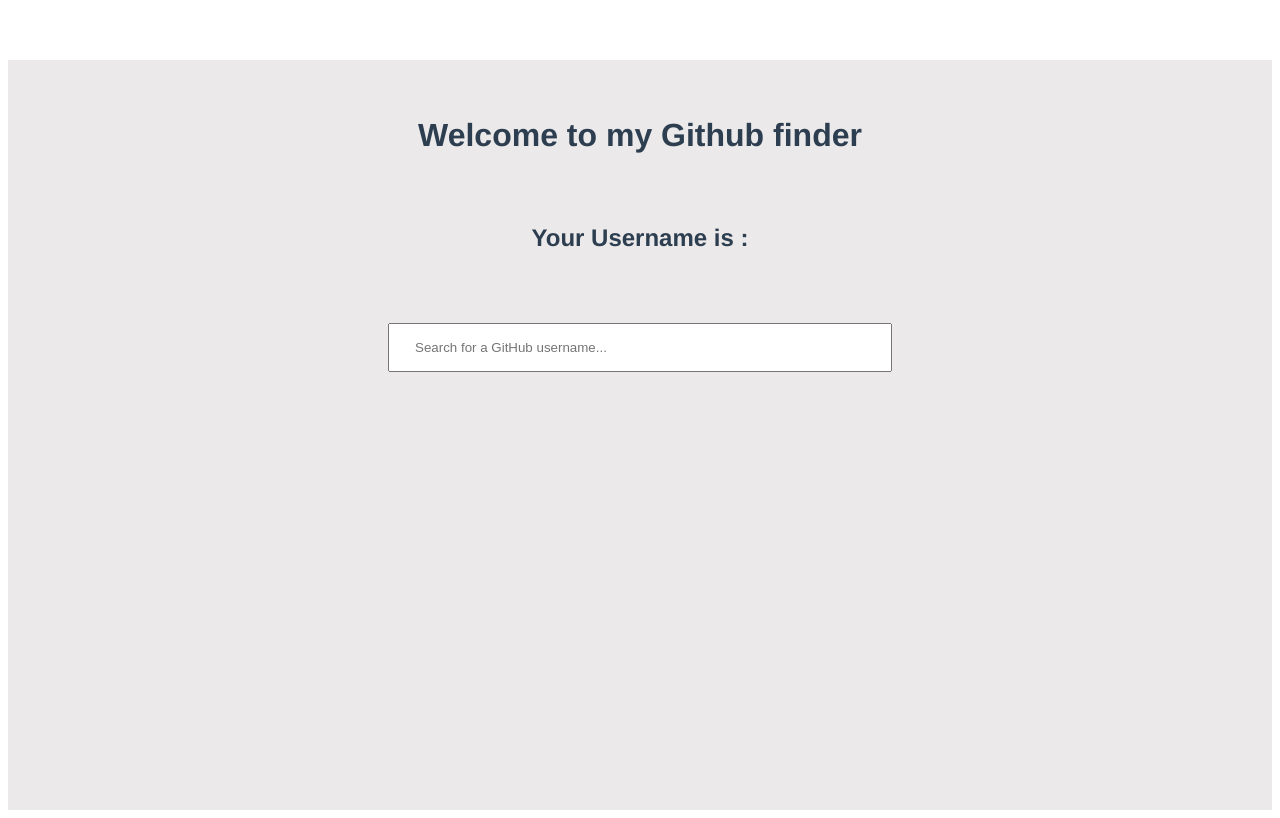
Repository: Syfon01/githubfinderApp
Page: /
The author's editor kept a copy of each file at every save. The page is drawn from the files as they stood at one save, then again after the next save.
The browser window is 1280 px wide. The pictures show the whole page.
The project was rebuilt for these pictures with package versions that can differ from the ones it lists, and the page was loaded fresh each time.

Above is the page before, as saved 2020-02-06 14:50:38.
Console error: TypeError: Cannot read properties of undefined (reading 'protocol')

### public/index.html
<!DOCTYPE html>
<html lang="en">
  <head>
    <meta charset="utf-8">
    <meta http-equiv="X-UA-Compatible" content="IE=edge">
    <meta name="viewport" content="width=device-width,initial-scale=1.0">
    <link rel="icon" href="<%= BASE_URL %>favicon.ico">
    <title>githubfinderapp</title>
  </head>
  <body>
    <noscript>
      <strong>We're sorry but githubfinderapp doesn't work properly without JavaScript enabled. Please enable it to continue.</strong>
    </noscript>
    <div id="app"></div>
    <!-- built files will be auto injected -->
  </body>
</html>

### src/main.js
import Vue from 'vue'
import axios from 'axios';

import App from './App.vue'

Vue.use(axios)
Vue.config.productionTip = false

new Vue({
  render: h => h(App),
}).$mount('#app')

### src/App.vue
<template>
  <div id="app">

    <Finder msg="Welcome to Your Vue.js App"/>
  </div>
</template>

<script>
import Finder from './components/Finder.vue'

export default {
  name: 'app',
  components: {
    Finder
  }
}
</script>

<style>
#app {
  font-family: 'Avenir', Helvetica, Arial, sans-serif;
  -webkit-font-smoothing: antialiased;
  -moz-osx-font-smoothing: grayscale;
  text-align: center;
  color: #2c3e50;
  margin-top: 60px;
}
</style>

### src/components/Finder.vue
<template>

  <div id="main">
    <h1>Welcome to my Github finder</h1>
    <h2>Your Username is : {{username}}</h2>
    <input type="text" name="gh-username" placeholder="Search for a GitHub username..." v-model="username" @keyup="search" :class="{ 'has-error': error }">

    <span class="loading" v-if="loading">Searching GitHub for "{{ username }}"...</span>

    <div class="box" v-if="results && !loading || error && !loading">

        <div v-if="results">
            <img v-if="results.avatar_url" :src="results.avatar_url" :alt="'GitHub Avatar for ' + username ">
            <h4 v-if="results.name">Name:{{ results.name }}</h4>
            <p v-if="results.login">Username:{{ results.login }}</p>
            <i v-if="results.bio">Bio:{{ results.bio }}</i>
            <p v-if="results.public_repos">Public Repo:{{ results.public_repos }}</p>
            <p v-if="results.followers">Followers:{{ results.followers }}</p>
            <p v-if="results.following">Following:{{ results.following }}</p>
            <p v-if="results.curl">Commits:{{ results.curl}}</p>
            <p v-if="results.location">Location:{{ results.location }}</p>
        </div>

        <span v-if="error">Sorry, can't find a user called "<i>{{ username }}</i>"!</span>

    </div>
  </div>




</template>

<script>
import axios from 'axios';
export default {
  name: 'Finder',
data () {
            return {
                username: '',
                results: '',
                error: '',
                loading: false,
            }
        },
        watch: {
            username: function () {
                this.error = '';
            }
        },
        methods:  {
            search: function() {
                if( this.username ){
                    this.loading = true;
                    // console.log("Searching for... " + this.username );
                    axios.get('https://api.github.com/users/' + this.username)
                        .then(response => {
                            // console.log( response.data );
                            this.results = response.data;
                            this.error = '';
                            this.loading = false;
                        }).catch(error => {
                            this.results = '';
                            this.error = error;
                            this.loading = false;
                        });
                } else {
                    this.results = '';
                    this.error = '';
                    this.loading = false;
                }
            }
        }

}
</script>

<style scoped>
div {
   font-family: "HelveticaNeue-Light", "Helvetica Neue Light", "Helvetica Neue", Helvetica, Arial, "Lucida Grande", sans-serif;
   font-weight: 300;
   font-size: 16px; line-height: 1.3;
}
h1,h2{
  width: 500px;
  max-width: 90%;
    padding: 25px;
    margin: 15px auto;
    text-align: center;
}
input {
    display: block;
    width: 450px;
    max-width: 74%;
    padding: 15px 25px;
    margin: 45px auto;
}
.has-error {
    border: 1px solid #96281B;
    outline: none;
}
.box {
    display: block;
    width: 450px;
    max-width: 74%;
    padding: 25px;
    margin: 15px auto;
    background: rgb(226, 226, 226);
    border: 1px solid #D2D7D3;
    text-align: center;
}
.box img {
    display: block;
    width: 200px;
    height: auto;
    margin: 0 auto 15px;
}
.loading {
    display: block;
    text-align: center;
    color: rgb(112, 130, 150);
}
#main{
  background: rgb(235, 233, 233);
  height: auto;
  min-height: 100vh;
  padding: 15px 0px;
}
</style>

After the next save:
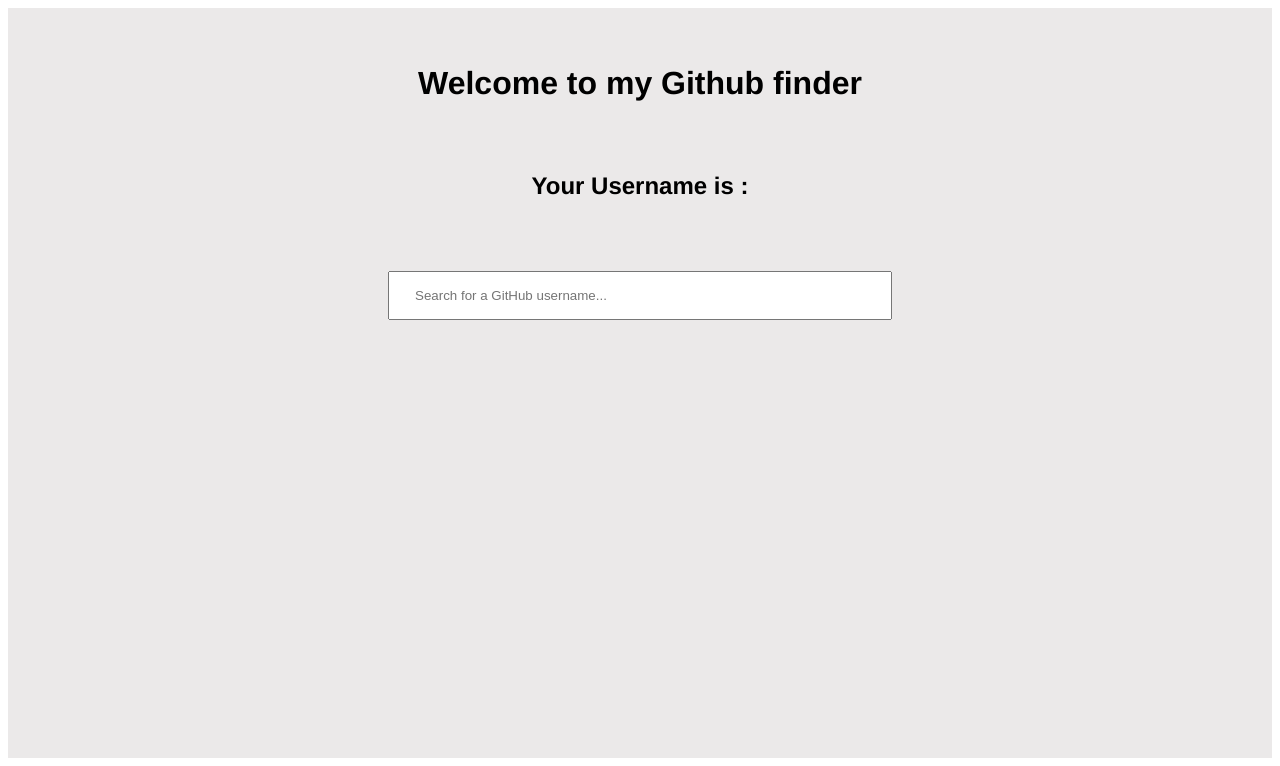
Saved 32 s later.
--- a/src/App.vue
+++ b/src/App.vue
@@ -1,5 +1,5 @@
 <template>
-  <div id="app">
+  <!-- <div id="app"> -->
 
     <Finder msg="Welcome to Your Vue.js App"/>
   </div>

After the 2 saves that followed:
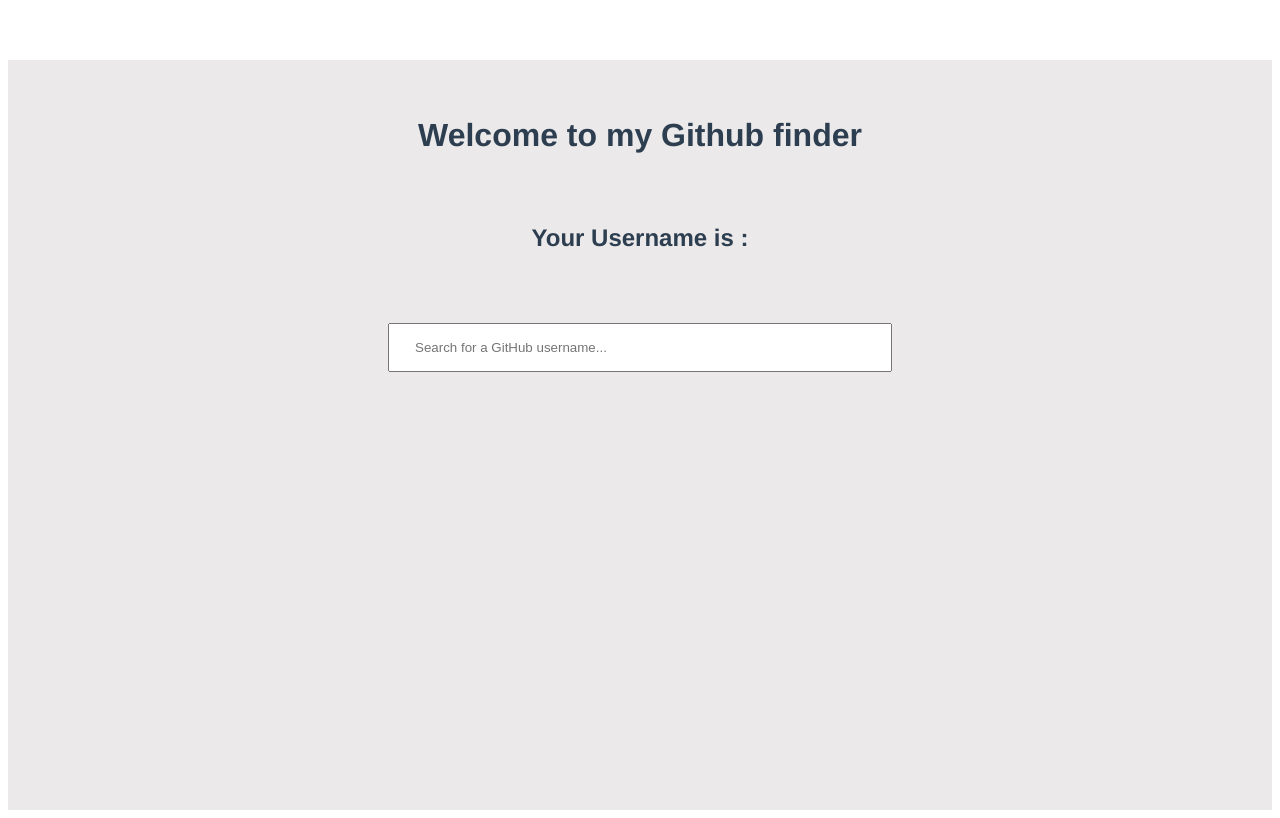
The 2 saves are shown as one change because 1 left the picture as it was.
The last was saved 10 s later.
--- a/src/App.vue
+++ b/src/App.vue
@@ -1,5 +1,5 @@
 <template>
-  <!-- <div id="app"> -->
+  <div id="app">
 
     <Finder msg="Welcome to Your Vue.js App"/>
   </div>
